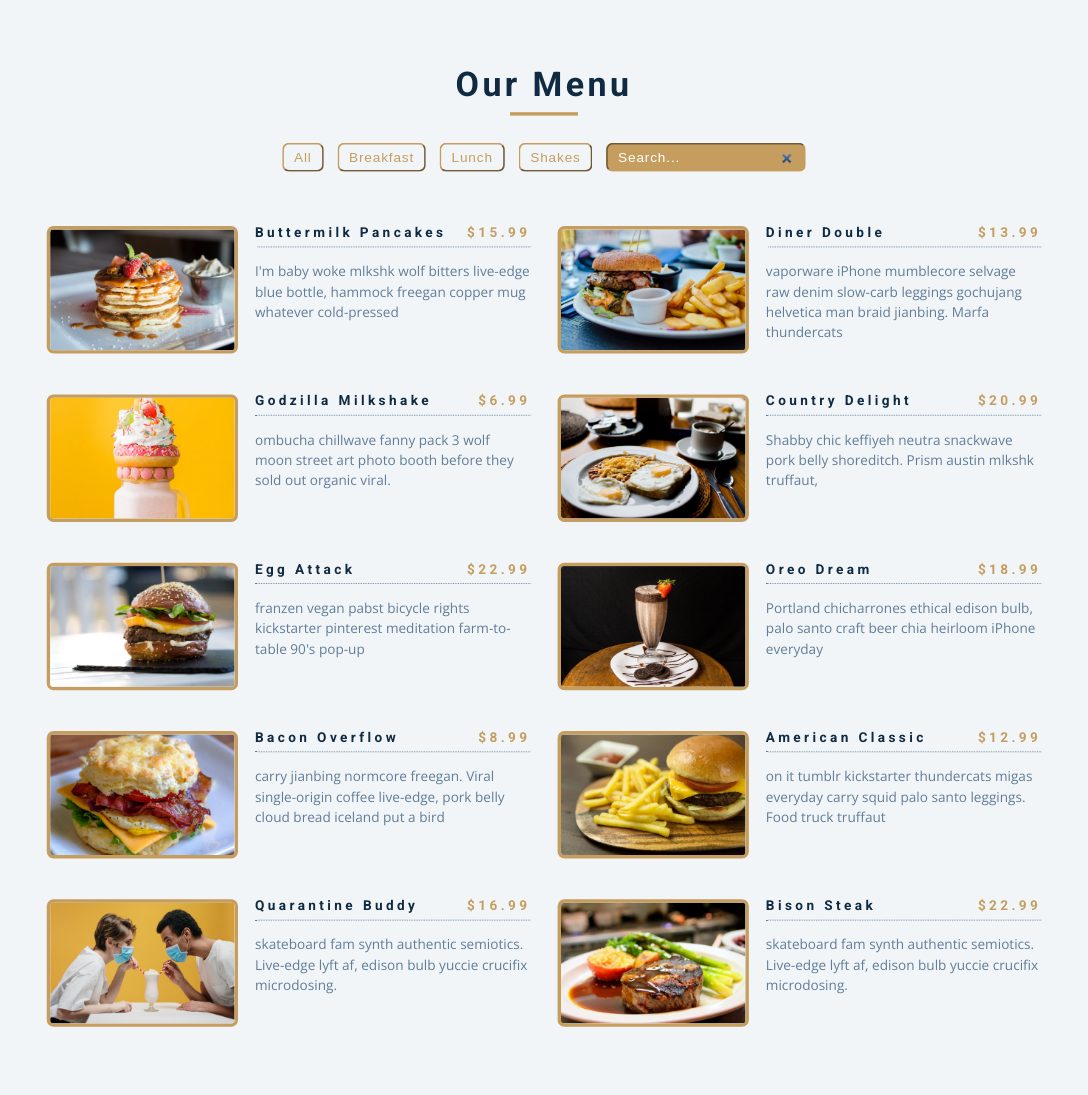
Repository: AnahitKhechumyan/MENUFILTER
Page: index.html
The author's editor kept a copy of each file at every save. The page is drawn from the files as they stood at one save, then again after the next save.
The browser window is 1280 px wide. The pictures show the whole page, at 85% of full size.
The pointer rests on the first visible `.input`.
Some web libraries are served in a nearby version.

Above is the page before, as saved 2022-02-17 22:05:47.

After the next save:
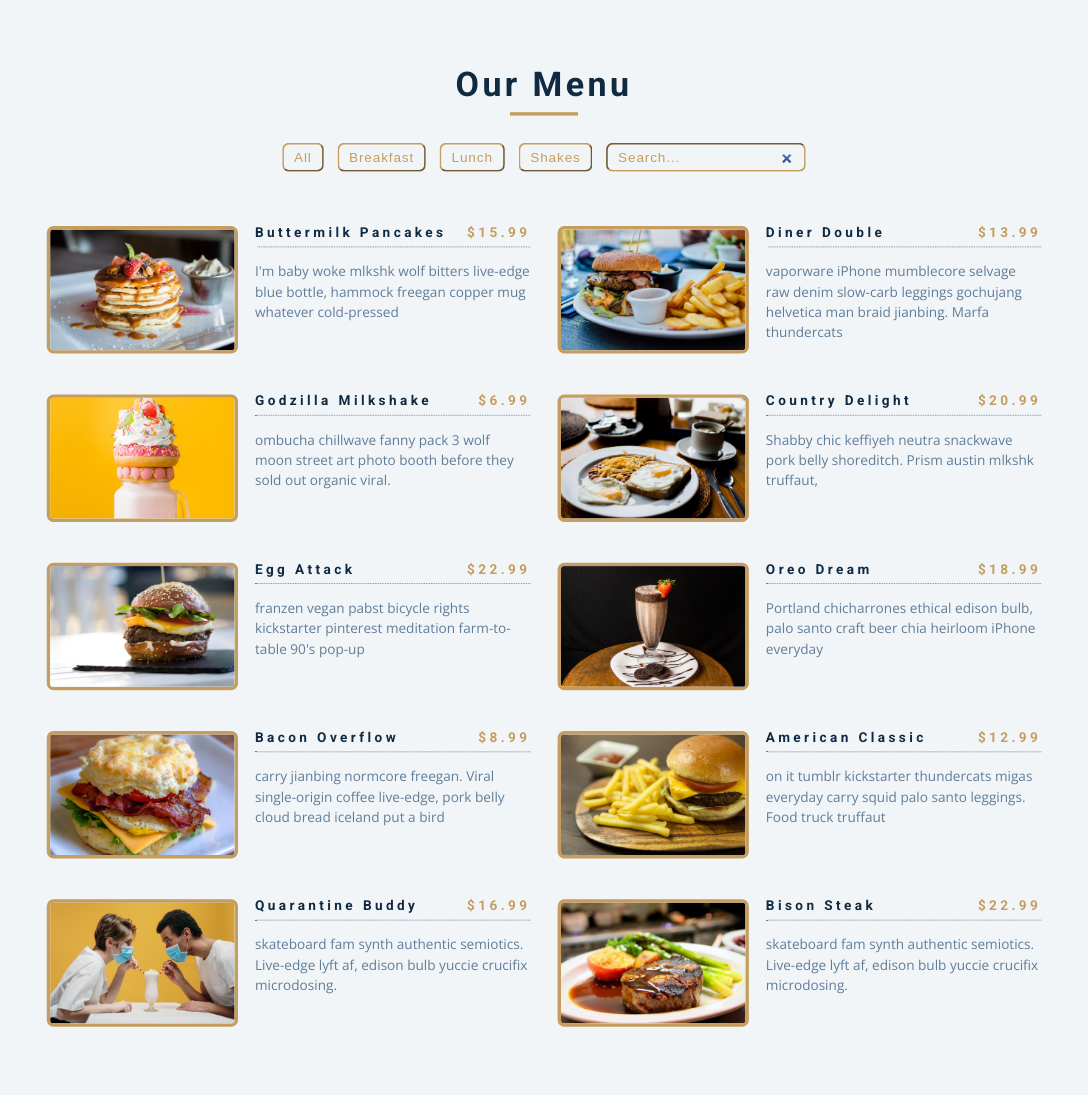
Saved 66 s later.
--- a/styles.css
+++ b/styles.css
@@ -220,7 +220,7 @@ input{
   cursor: pointer;
   transition: var(--transition);
 }
-.input:hover {
+.filter-btn:hover {
   background: var(--clr-gold);
   color: var(--clr-white);
 }
